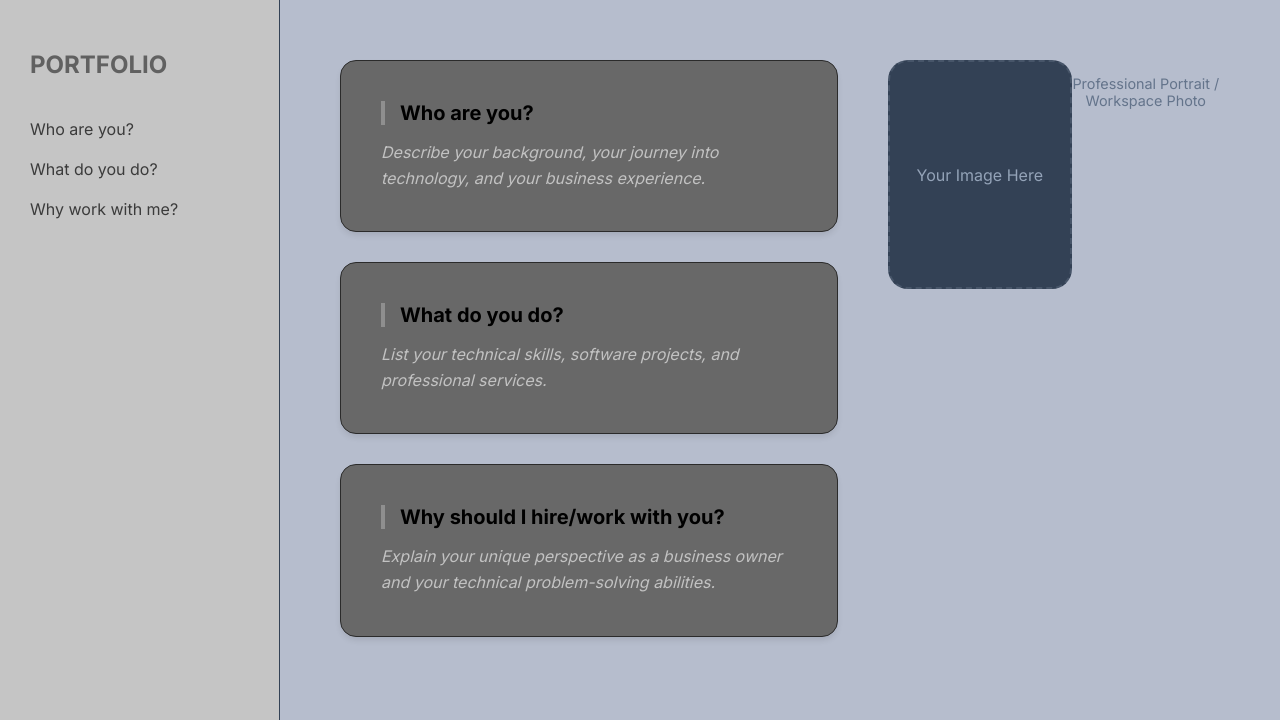
Repository: KevinSamaha/Kevin_Samaha
Page: index.html
The author's editor kept a copy of each file at every save. The page is drawn from the files as they stood at one save, then again after the next save.
The browser window is 1280 px wide. The pictures show the whole page.

Above is the page before, as saved 2026-05-03 16:23:36.

After the next save:
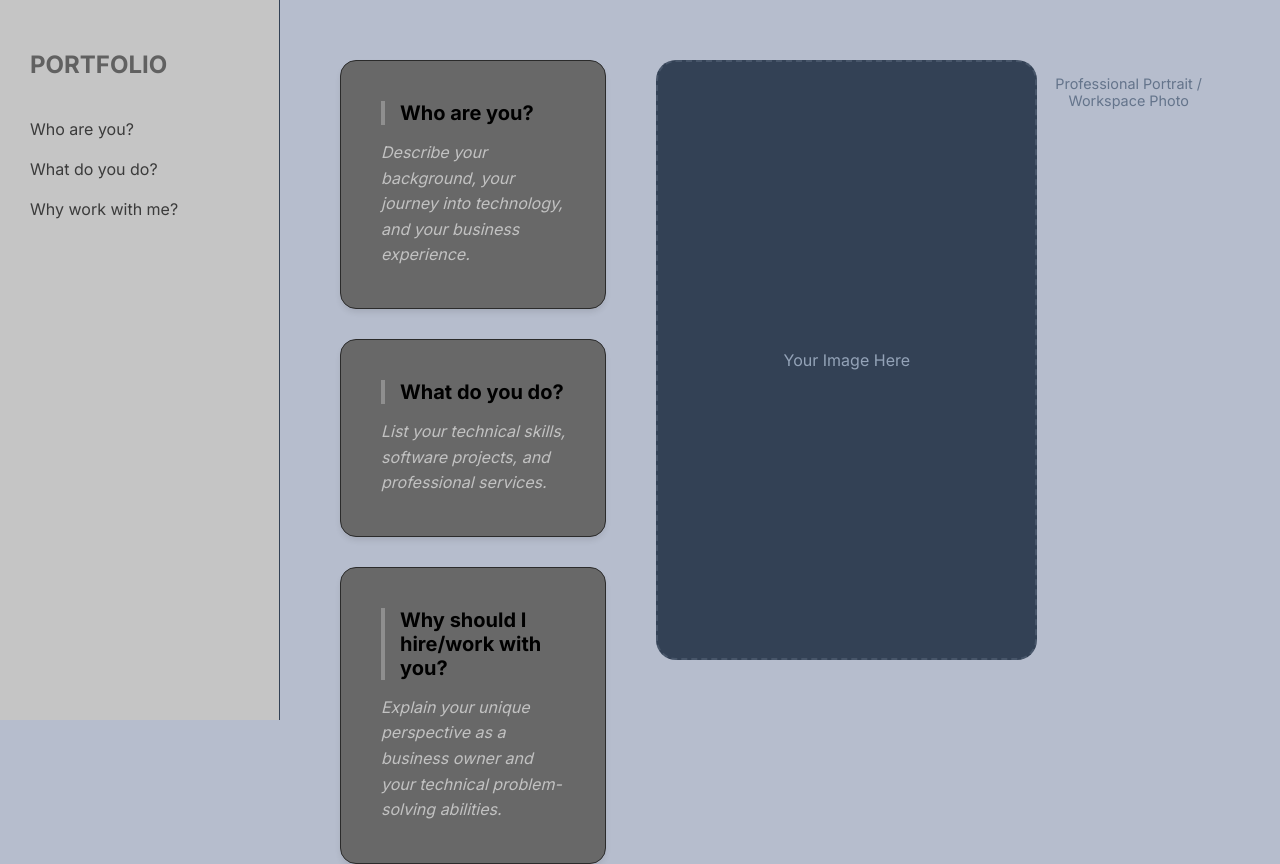
Saved 33 s later.
--- a/style.css
+++ b/style.css
@@ -110,7 +110,6 @@
 }
 
 .profile-frame {
-    width: 100%;
     aspect-ratio: 4 / 5;
     background-color: #334155;
     border: 2px dashed #475569;
@@ -119,14 +118,15 @@
     align-items: center;
     justify-content: center;
     overflow: hidden;
+    width: 100%;
+    height: 100%;
+    object-fit: cover;
 }
 
 
 
 .profile-frame img {
-    width: 100%;
-    height: 100%;
-    object-fit: cover;
+
 }
 
 .image-hint {

After the save that followed:
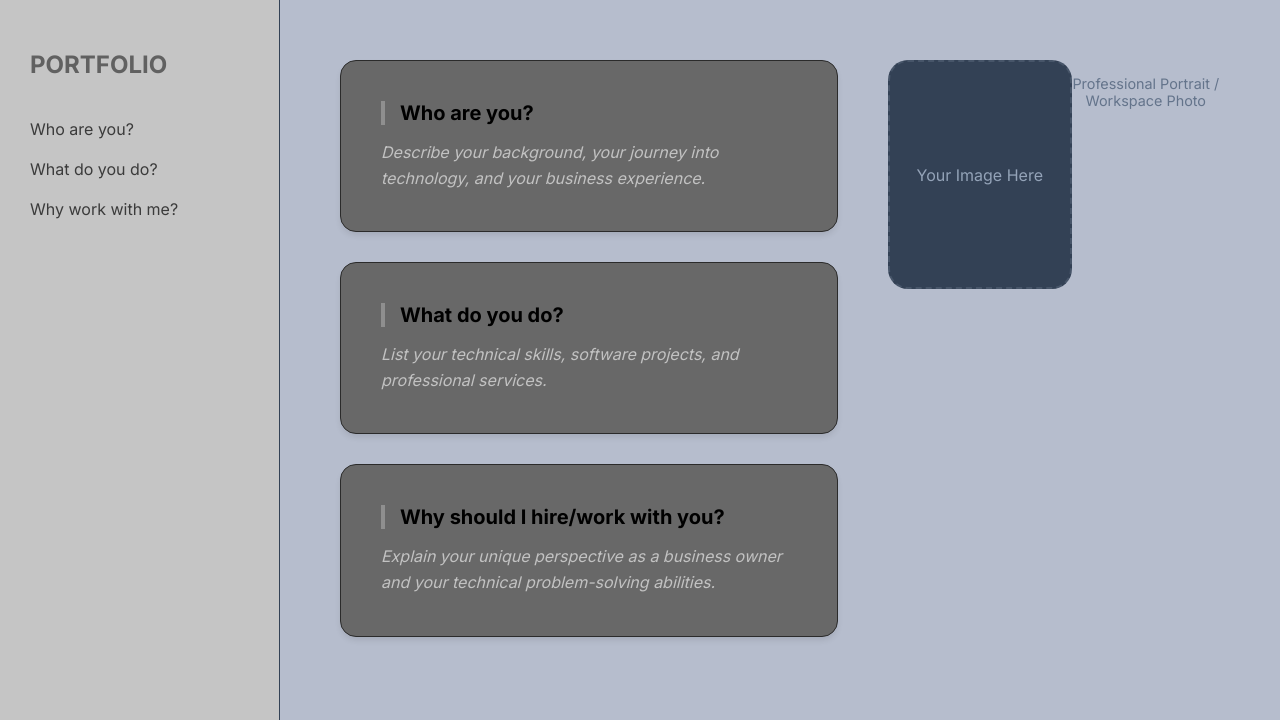
Saved 17 s later.
--- a/style.css
+++ b/style.css
@@ -110,6 +110,7 @@
 }
 
 .profile-frame {
+    width: 100%;
     aspect-ratio: 4 / 5;
     background-color: #334155;
     border: 2px dashed #475569;
@@ -118,15 +119,14 @@
     align-items: center;
     justify-content: center;
     overflow: hidden;
-    width: 100%;
-    height: 100%;
-    object-fit: cover;
 }
 
 
 
 .profile-frame img {
-
+    width: 100%;
+    height: 100%;
+    object-fit: cover;
 }
 
 .image-hint {
